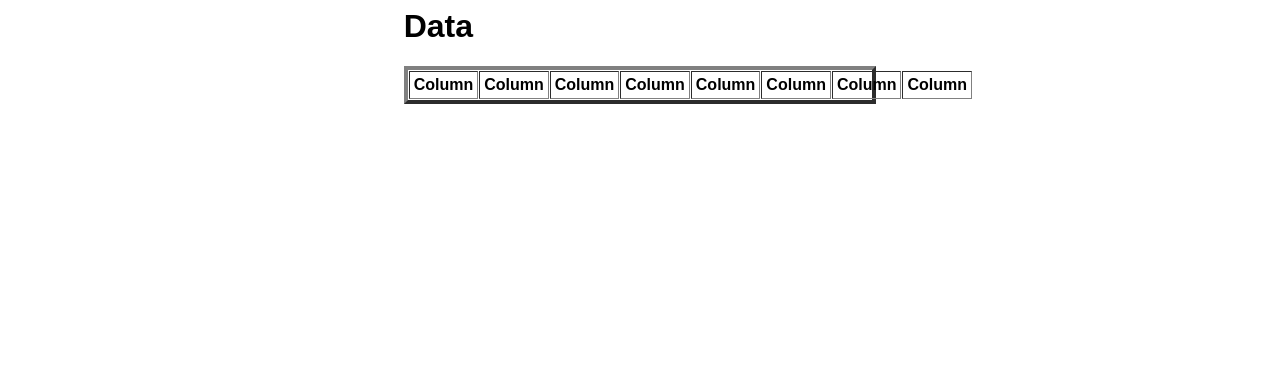
Repository: AdityaTech-Pro/FullStackWithBridgelabz
Page: Assignment2/Data_List/index.html
These files come from the project's save history. The page is drawn as it stood at one moment and after a run of saves; the edit follows.
The browser window is 1280 px wide. The pictures show the whole page.

Above is the page before, as saved 2025-10-15 09:15:51.

After the next 3 saves:
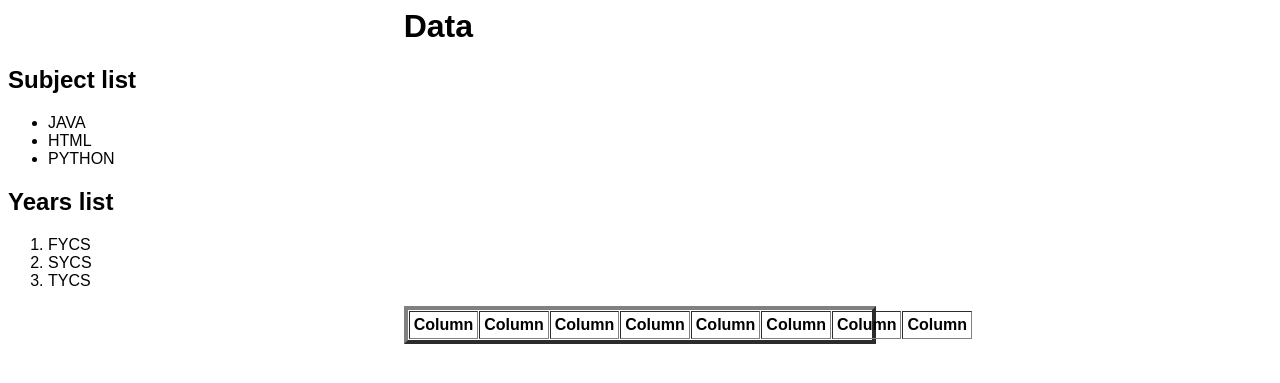
The 3 saves are shown as one change because they came seconds apart.
The last was saved 8 s later.
--- a/Assignment2/Data_List/index.html
+++ b/Assignment2/Data_List/index.html
@@ -20,7 +20,31 @@
 
 <body>
     <table border="4" cellspacing="1" cellpadding="4" class="center">
-        <h1 class="center">Data</h1>
+        <h1 class="center">Data
+            <!DOCTYPE html>
+            <html>
+
+            <head>
+                <title>Creating List</title>
+            </head>
+
+            <body>
+                <h2>Subject list </h2>
+                <ul>
+                    <li>JAVA</li>
+                    <li>HTML</li>
+                    <li>PYTHON</li>
+                </ul>
+                <h2>Years list</h2>
+                <ol>
+                    <li>FYCS</li>
+                    <li>SYCS</li>
+                    <li>TYCS</li>
+                </ol>
+            </body>
+
+            </html>
+        </h1>
         <tr>
             <th>Column</th>
             <th>Column</th>
